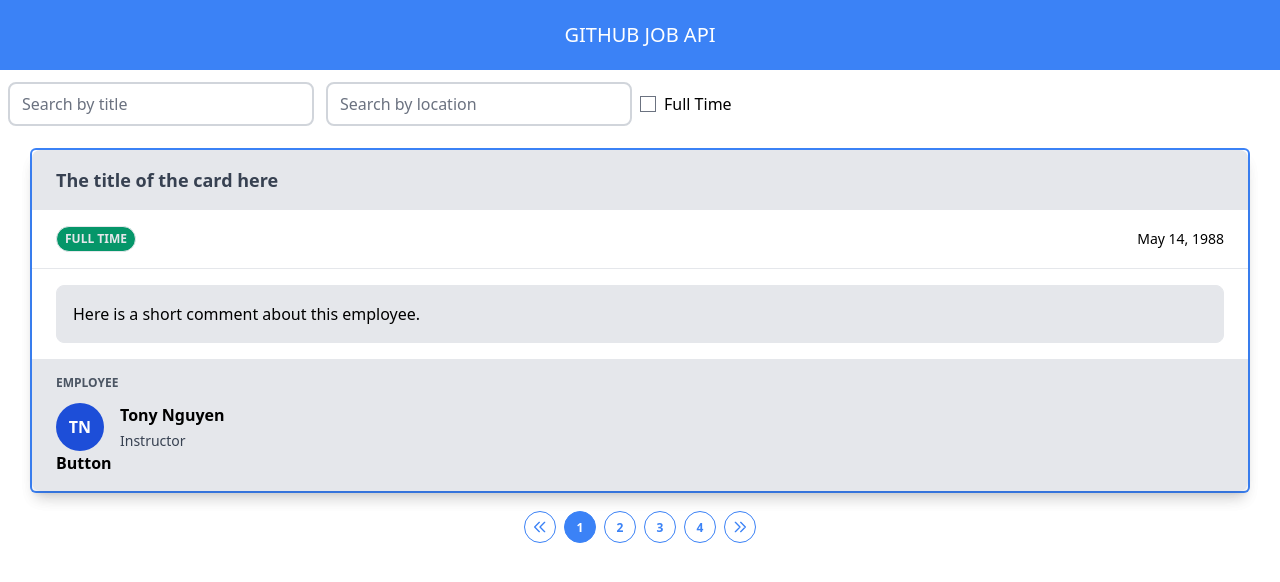
Repository: ShamroOoz/Github-job-api-React-Tailwind
Page: /
The author's editor kept a copy of each file at every save. The page is drawn from the files as they stood at one save, then again after the next save.
The browser window is 1280 px wide. The pictures show the whole page.
The page's requests for data from a server got no answer. The project was rebuilt for these pictures with package versions that can differ from the ones it lists, and the page was loaded fresh each time. No one was signed in, and anything a server would have sent is missing. Also part of the build but not shown: craco.config.js, src/components/Spinner.js, src/components/Alert.js.

Above is the page before, as saved 2021-03-21 18:15:20.

After the next save:
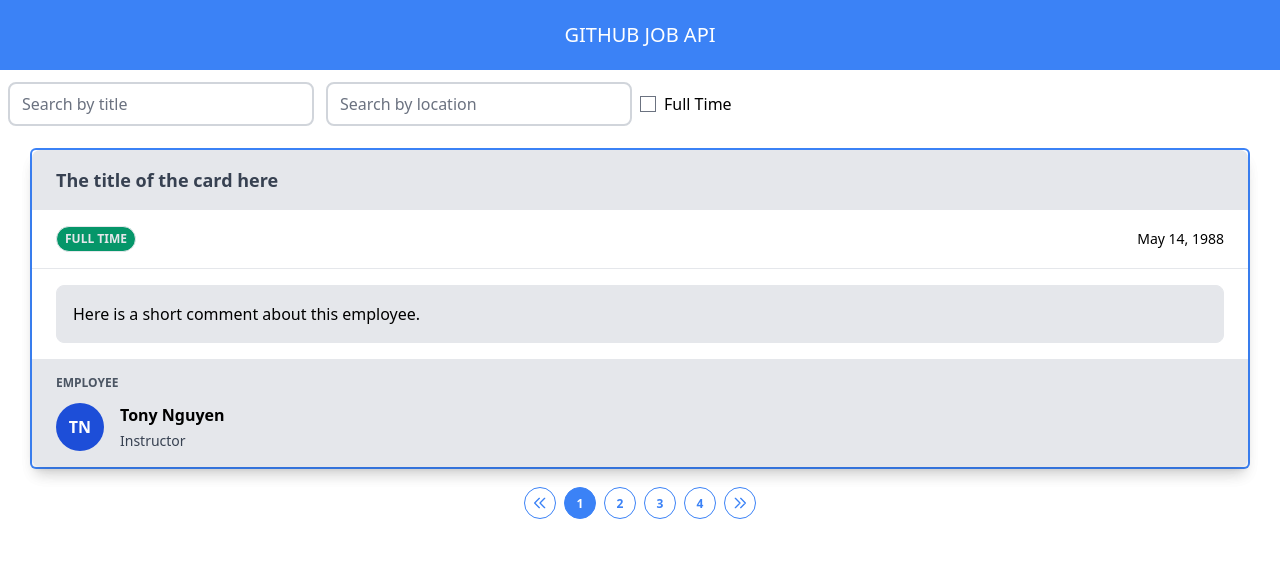
Saved 10 s later.
--- a/src/components/Reducer/Job.js
+++ b/src/components/Reducer/Job.js
@@ -35,7 +35,6 @@
               <p className="text-sm text-gray-700 mt-1">Instructor</p>
             </div>
           </div>
-          <p className="font-bold">Button</p>
         </div>
       </div>
     </div>

After the 2 saves that followed:
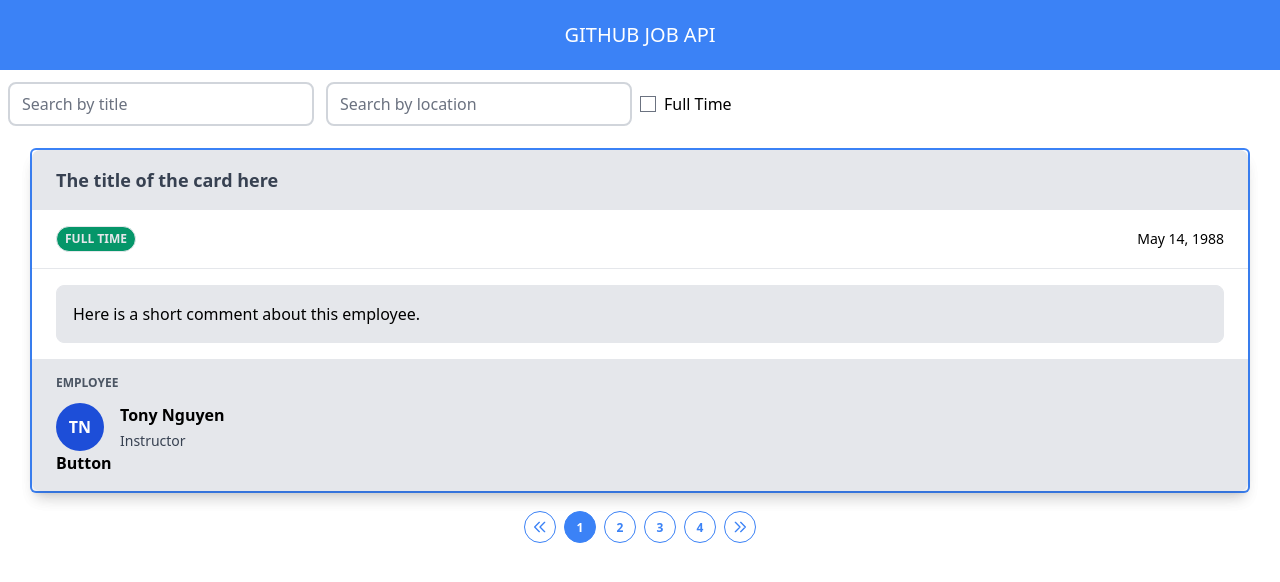
The 2 saves are shown as one change because 1 left the picture as it was.
The last was saved 50 s later.
--- a/src/components/Reducer/Job.js
+++ b/src/components/Reducer/Job.js
@@ -22,19 +22,21 @@
         </div>
 
         <div className="bg-gray-200 px-6 py-4">
-          <div className="uppercase text-xs text-gray-600 font-bold">
-            Employee
-          </div>
-
-          <div className="flex items-center pt-3">
-            <div className="bg-blue-700 w-12 h-12 flex justify-center items-center rounded-full uppercase font-bold text-white">
-              TN
+          <div>
+            <div className="uppercase text-xs text-gray-600 font-bold">
+              Employee
             </div>
-            <div className="ml-4">
-              <p className="font-bold">Tony Nguyen</p>
-              <p className="text-sm text-gray-700 mt-1">Instructor</p>
+            <div className="flex items-center pt-3">
+              <div className="bg-blue-700 w-12 h-12 flex justify-center items-center rounded-full uppercase font-bold text-white">
+                TN
+              </div>
+              <div className="ml-4">
+                <p className="font-bold">Tony Nguyen</p>
+                <p className="text-sm text-gray-700 mt-1">Instructor</p>
+              </div>
             </div>
           </div>
+          <p className="font-bold">Button</p>
         </div>
       </div>
     </div>
